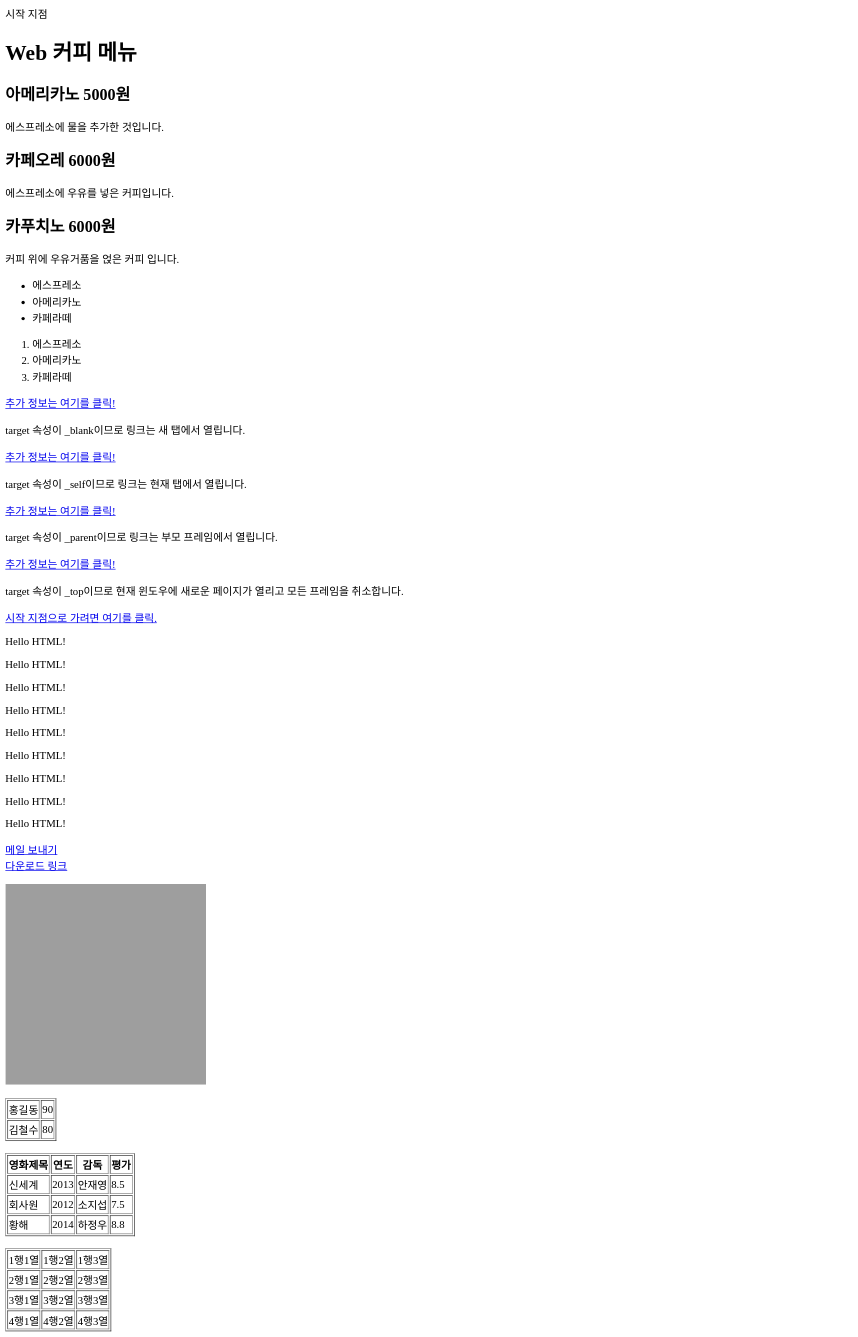
Repository: dhbaek2004/JSPex
Page: http://localhost/UX/UX_01.jsp
The author's editor kept a copy of each file at every save. The page is drawn from the files as they stood at one save, then again after the next save.
The browser window is 1280 px wide. The pictures show the whole page, at 67% of full size.
Pictures or frames that could not be fetched are drawn as grey boxes. The page is served by Tomcat 9.

Above is the page before, as saved 2020-08-25 09:58:15.

After the next save:
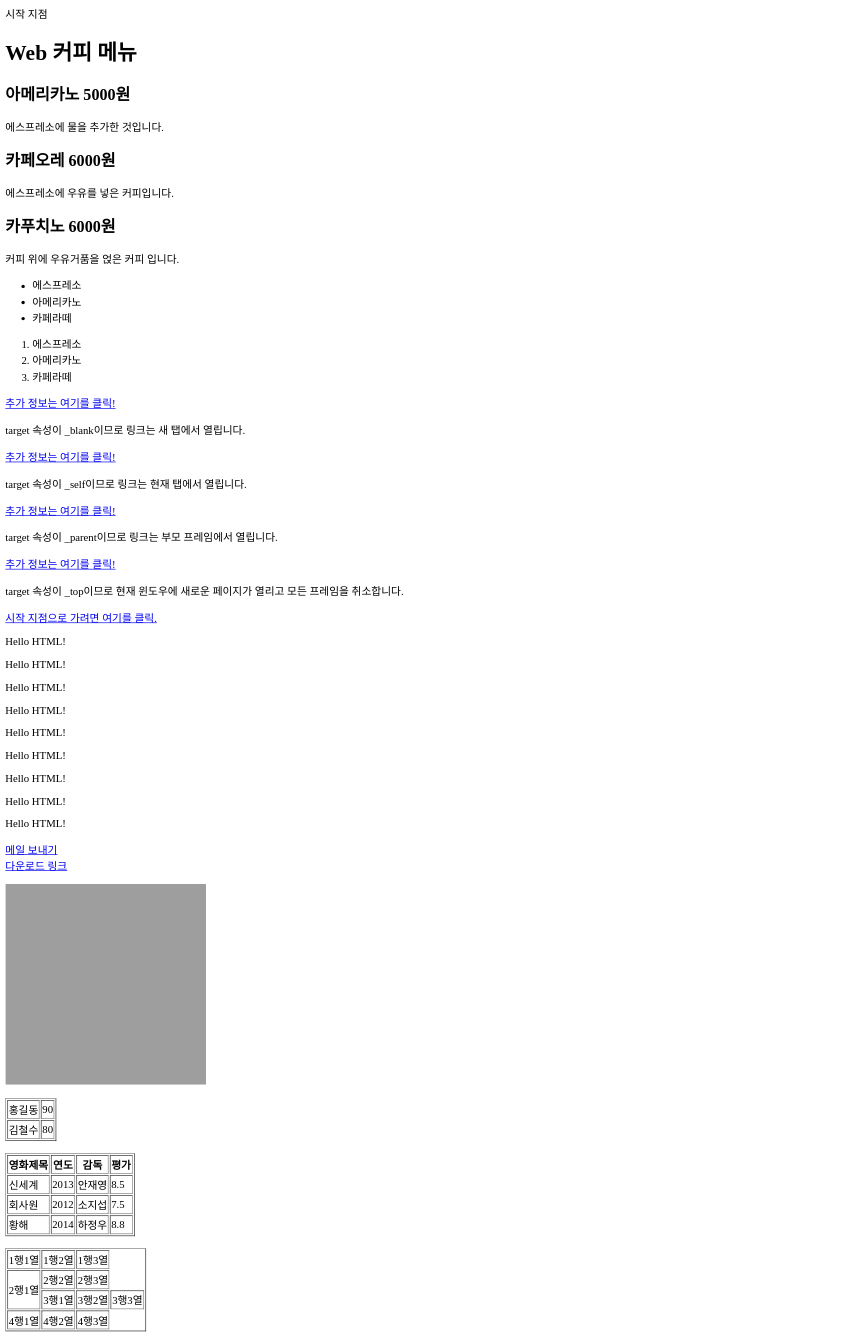
Saved 33 s later.
--- a/Infrearn/UX/UX/WebContent/UX_01.jsp
+++ b/Infrearn/UX/UX/WebContent/UX_01.jsp
@@ -112,7 +112,7 @@
 			<td>1행3열</td>
 		</tr>
 		<tr>
-			<td>2행1열</td>
+			<td rowspan="2">2행1열</td>
 			<td>2행2열</td>
 			<td>2행3열</td>
 		</tr>
